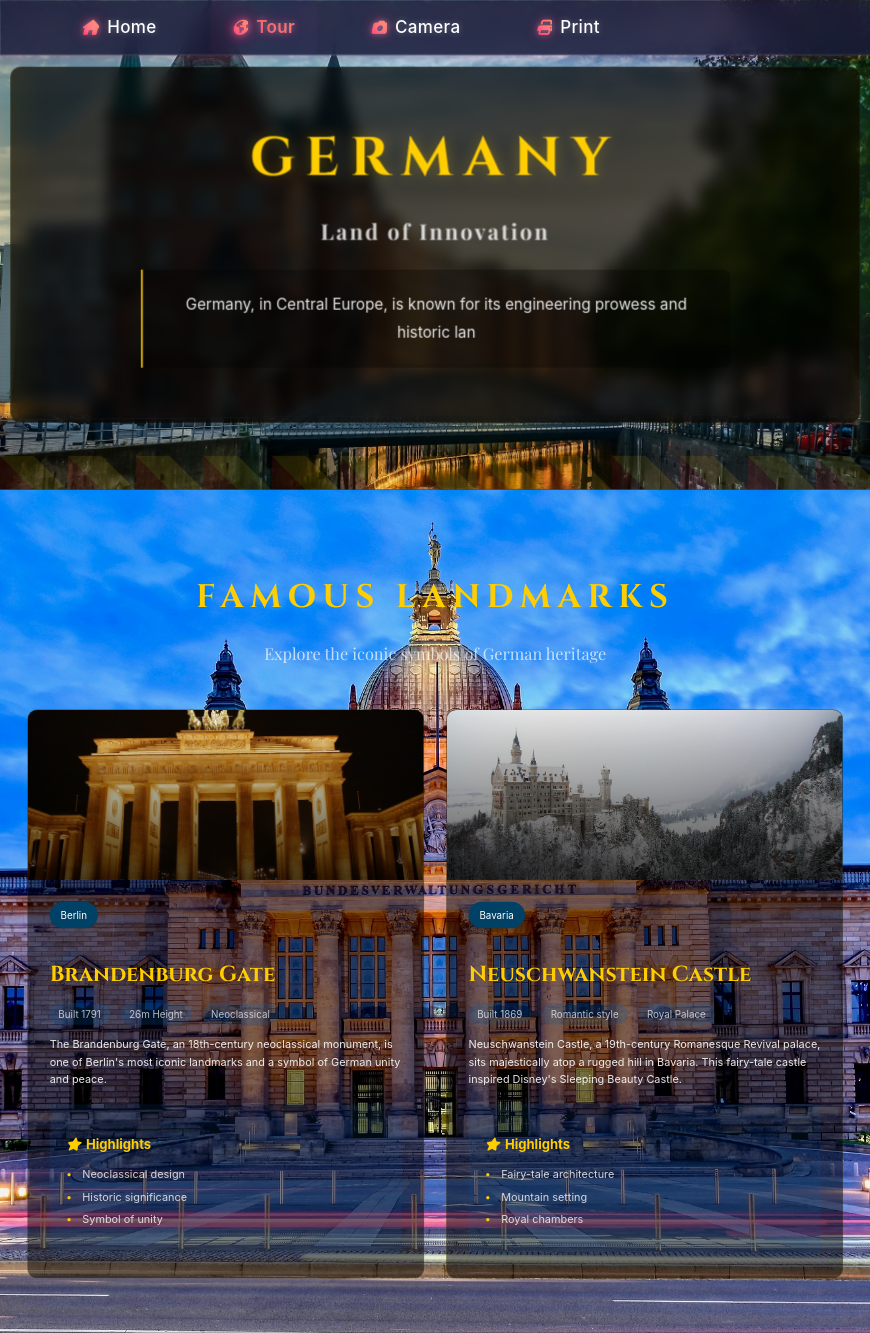
Repository: huang-heavenly-Emperor/NewYork
Page: Germany.html
An editor plug-in stored every save of this project. The page is shown before and after the next save, followed by the edit.
The browser window is 1280 px wide. The pictures show the whole page, at 68% of full size.

Above is the page before, as saved 2025-02-19 16:48:19.

After the next save:
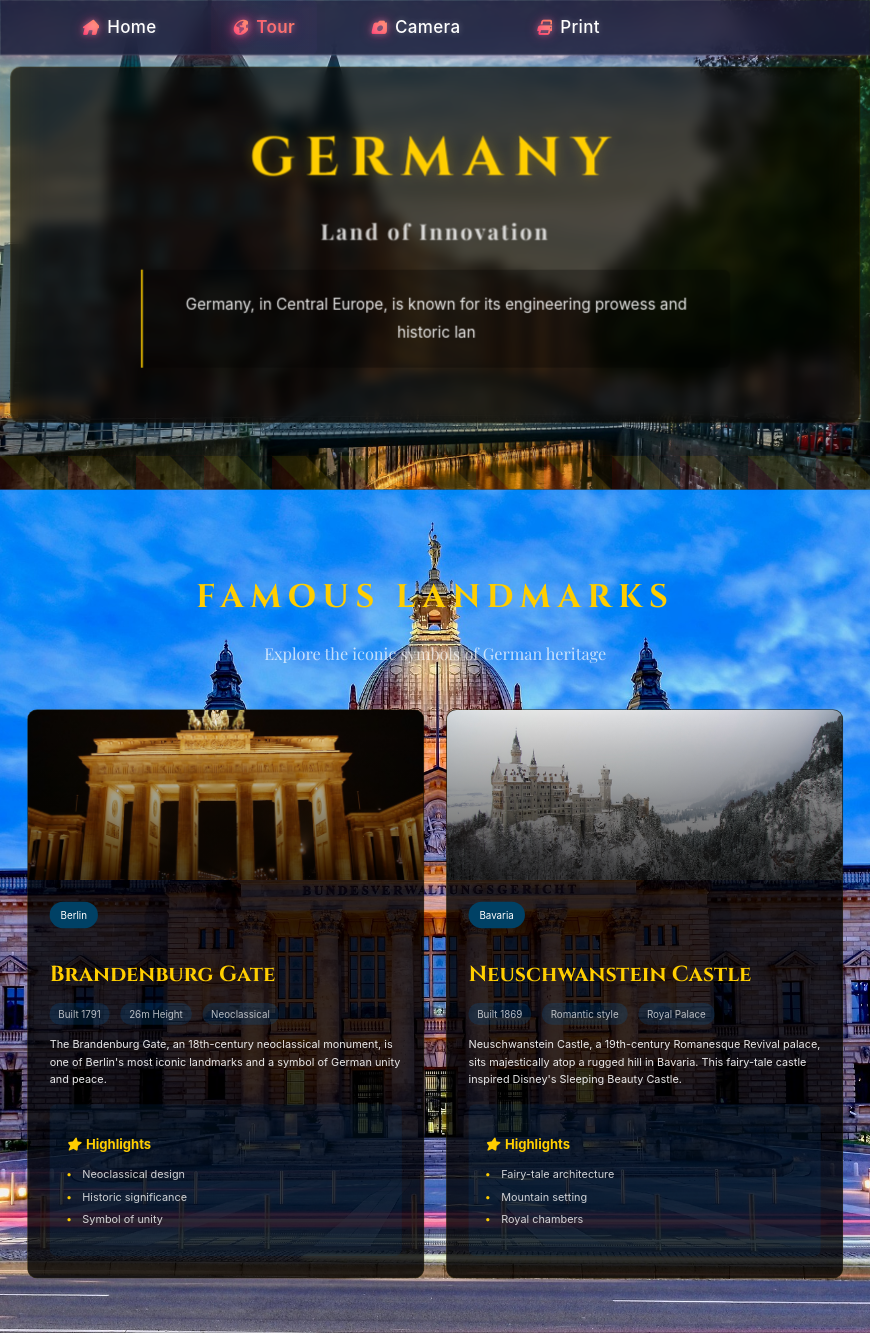
Saved 71 s later.
--- a/css/germany.css
+++ b/css/germany.css
@@ -200,7 +200,7 @@ a {
 }
 
 .landmark-card {
-    background: rgba(0, 0, 0, 0.5);
+    background: rgba(0, 0, 0, 0.8);
     border-radius: 15px;
     overflow: hidden;
     transition: all 0.3s ease;
